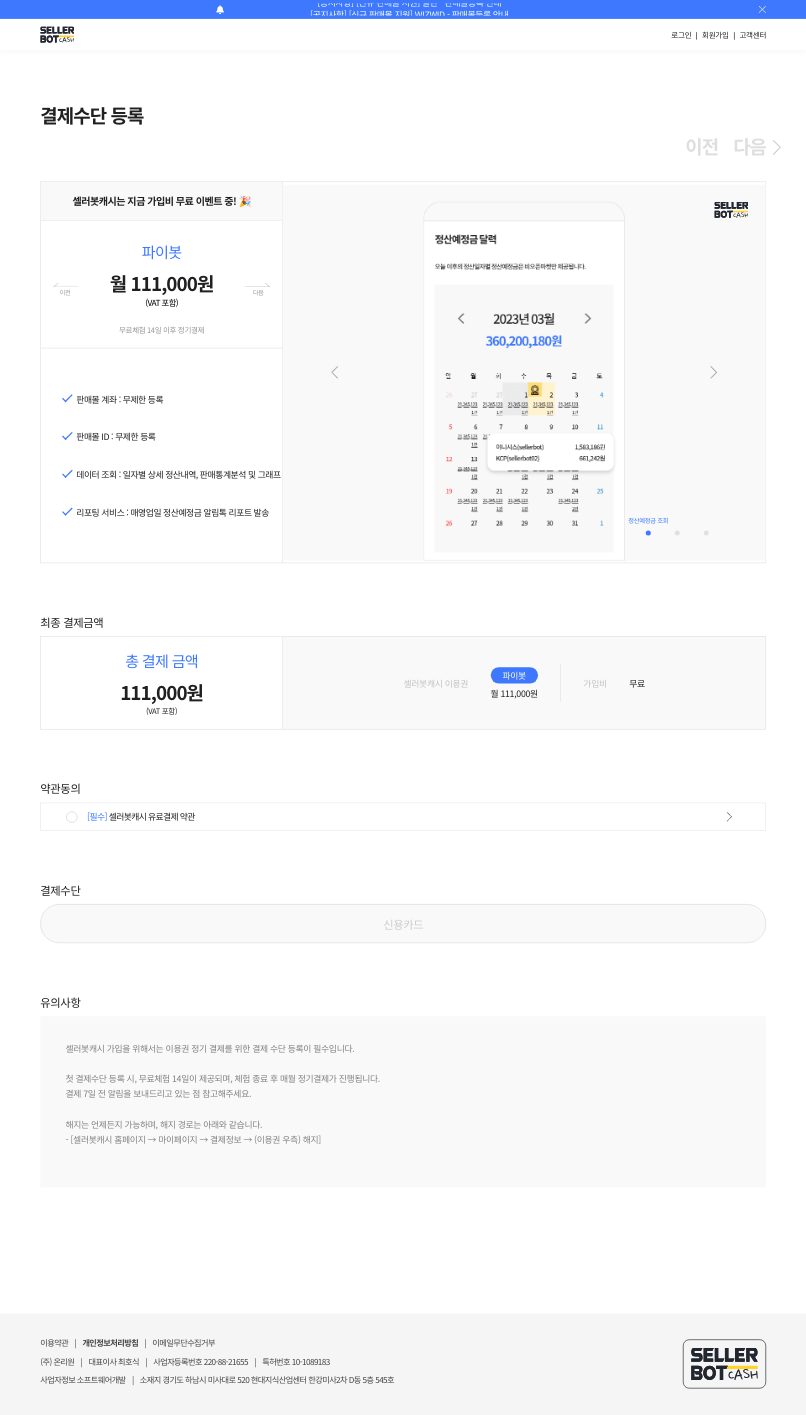
Repository: elemapfelr/ownServer
Page: test-server/web/sellerbot_signup/regPay_01.html
These files come from the project's save history. The page is drawn as it stood at one moment and after the next save; the edit follows.
The browser window is 1280 px wide. The pictures show the whole page, at 63% of full size.
Some web libraries are served in a nearby version. The style sheet was rebuilt from its Sass, Less or Tailwind sources for each picture, by a compiler version that may differ from the author's.

Above is the page before, as saved 2023-03-21 10:22:01.

### test-server/web/sellerbot_signup/regPay_01.html
<!DOCTYPE html>
<html lang="ko">

<head>
	<meta charset="UTF-8">
	<meta http-equiv="X-UA-Compatible" content="IE=edge">
	<meta name="viewport" content="width=device-width, initial-scale=1.0">
	<title>셀러봇캐시 회원가입</title>
	<link rel="stylesheet" href="./css/step_06.css">
	<script type="module" src="./js/common.js" defer></script>
	<script type="module" src="./js/step_06.js" defer></script>
	<script src="https://kit.fontawesome.com/133e10f389.js" crossorigin="anonymous"></script>
</head>

<body>
	<header>
		<div class="top">
			<div class="notification">
				<div class="text">
					<i class="fa-solid fa-bell"></i>
					<div class="notiWrap">
						<ul>
							<li>[공지사항] [신규 판매몰 지원] 발란 - 판매몰등록 안내</li>
							<li>[공지사항] [신규 판매몰 지원] WIZWID - 판매몰등록 안내</li>
							<li>[공지사항] [신규 판매몰 지원] 29CM - 판매몰등록 안내</li>
						</ul>
					</div>
				</div>
				<button id="closeHeaderNoti"><img src="./img/xmark.svg" alt="xmark"></button>
			</div>
		</div>
		<div class="bottom">
			<div class="logo"><img src="./img/sellerbotLogo.svg" alt="sellerbot"></div>
			<div class="right">
				<button>로그인</button>
				<span></span>
				<button>회원가입</button>
				<span></span>
				<button>고객센터</button>
			</div>
		</div>
	</header>
	<main>
		<section>
			<button class="fixed2" id="prevStep">
				<span>이전</span>
			</button>
			<button class="fixed _70" id="nextStep">
				<span>다음</span>
				<img src="./img/rightArrow.svg" />
			</button>
			<article id="top">
				<div class="title">
					<h1>결제수단 등록</h1>
				</div>
			</article>
			<article id="payInfo">
				<div class="flexBox">
					<div class="left">
						<div class="top">
							<h5>셀러봇캐시는 지금 가입비 무료 이벤트 중! 🎉</h5>
						</div>
						<!-- 20230320 수정 -->
						<div class="ticket_gallery">
							<div class="btns">
								<div id="prevTicket" class="leftArrow">
									<img src="./img/step_05_rightArrow.svg" alt="left">
									<p id="prevTicketName">이전</p>
								</div>
								<div id="nextTicket" class="rightArrow">
									<img src="./img/step_05_rightArrow.svg" alt="right">
									<p id="nextTicketName">다음</p>
								</div>
							</div>
							<ul>
								<li class="items">
									<div class="center">
										<h5>파이봇</h5>
										<div class="flex">
											<div class="mid">
												<h4>월 111,000원</h4>
												<small>(VAT 포함)</small>
											</div>
										</div>
										<span>무료체험 14일 이후 정기결제</span>
									</div>
									<div class="bottom">
										<div class="row">
											<span class="check"></span>
											<p>판매몰 계좌 : 무제한 등록
											</p>
										</div>
										<div class="row">
											<span class="check"></span>
											<p>판매몰 ID : 무제한 등록
											</p>
										</div>
										<div class="row">
											<span class="check"></span>
											<p>데이터 조회 : 일자별 상세 정산내역, 판매통계분석 및 그래프</p>
										</div>
										<div class="row">
											<span class="check"></span>
											<p>리포팅 서비스 : 매영업일 정산예정금 알림톡 리포트 발송</p>
										</div>
									</div>
								</li>
								<li class="items">
									<div class="center">
										<h5>파이봇 할인형</h5>
										<div class="flex">
											<div class="mid">
												<h4>월 55,000원</h4>
												<small>(VAT 포함)</small>
											</div>
										</div>
										<span>무료체험 14일 이후 정기결제</span>
									</div>
									<div class="bottom">
										<div class="row">
											<span class="check"></span>
											<p>판매몰 계좌 : 무제한 등록
											</p>
										</div>
										<div class="row">
											<span class="check"></span>
											<p>판매몰 ID : 무제한 등록
											</p>
										</div>
										<div class="row">
											<span class="check"></span>
											<p>데이터 조회 : 일자별 상세 정산내역, 판매통계분석 및 그래프</p>
										</div>
										<div class="row">
											<span class="check"></span>
											<p>리포팅 서비스 : 매영업일 정산예정금 알림톡 리포트 발송</p>
										</div>
									</div>
								</li>
								<li class="items">
									<div class="center">
										<h5>로니봇</h5>
										<div class="flex">
											<div class="mid">
												<h4>월 55,000원</h4>
												<small>(VAT 포함)</small>
											</div>
										</div>
										<span>무료체험 14일 이후 정기결제</span>
									</div>
									<div class="bottom">
										<div class="row">
											<span class="check"></span>
											<p>판매몰 계좌 : 5개 등록
											</p>
										</div>
										<div class="row">
											<span class="check"></span>
											<p>판매몰 ID : 5개 등록
											</p>
										</div>
										<div class="row">
											<span class="check"></span>
											<p>데이터 조회 : 일자별 상세 정산내역, 판매통계분석 및 그래프</p>
										</div>
										<div class="row">
											<span class="check"></span>
											<p>리포팅 서비스 : 매영업일 정산예정금 알림톡 리포트 발송</p>
										</div>
									</div>
								</li>
							</ul>
						</div>
					</div>
					<div class="right">
						<img class="logo" src="./img/sellerbotLogo.svg" alt="sellerbot">
						<div class="gallery">
							<ul>
								<li>
									<img src="./img/step_06_img_01.png" alt="01">
								</li>
								<li>
									<img src="./img/step_06_img_02.png" alt="02">
								</li>
								<li>
									<img src="./img/step_06_img_03.png" alt="03">
								</li>
							</ul>
						</div>
						<div class="arrowBtns">
							<div id="galleryLeft"><img src="./img/rightArrow.svg" alt="leftArrow"></div>
							<div id="galleryRight"><img src="./img/rightArrow.svg" alt="rightArrow"></div>
						</div>
						<ul class="bottomUl">
							<li class="active" data-text="정산예정금 조회"></li>
							<li data-text="판매 분석"></li>
							<li data-text="리포팅 서비스"></li>
						</ul>
					</div>
				</div>
			</article>
			<!-- 20230320 수정 -->
			<article id="totalPay">
				<h2>최종 결제금액</h2>
				<div class="flexBox">
					<div class="left">
						<h5>총 결제 금액</h5>
						<h4 id="totalPrice">111,000원</h4>
						<small>(VAT 포함)</small>
					</div>
					<div class="right">
						<div class="content">
							<p class="gray">셀러봇캐시 이용권</p>
							<div class="box">
								<div class="blue" id="ticketName">파이봇</div>
								<p id="ticketPrice">월 111,000원</p>
							</div>
							<span class="line"></span>
							<p class="gray">가입비</p>
							<p>무료</p>
						</div>
					</div>
				</div>
			</article>
			<article id="terms">
				<h2>약관동의</h2>
				<div class="accordion">
					<div class="title">
						<div class="left">
							<div class="checkBoxDiv">
								<input type="checkbox" id="terms_01" class="chkBox">
								<label class="checkBox" for="terms_01"></label>
								<label class="text" for="terms_01" style="color:black;"></label>
							</div>
							<p class="text_checkBox"><b>[필수]</b> 셀러봇캐시 유료결제 약관</p>
						</div>
						<span><img src="./img/right-chevron.png" alt="right-chevron"></span>
					</div>
					<div class="panel">
						<div class="paddingBox">
							<pre id="termContent"></pre>
						</div>
					</div>
				</div>
			</article>
			<article id="payment">
				<h2>결제수단</h2>
				<button id="creditCard">신용카드</button>
			</article>
			<article id="caution">
				<h2>유의사항</h2>
				<div class="grayBox">
					<pre>셀러봇캐시 가입을 위해서는 이용권 정기 결제를 위한 결제 수단 등록이 필수입니다.

첫 결제수단 등록 시, 무료체험 14일이 제공되며, 체험 종료 후 매월 정기결제가 진행됩니다.
결제 7일 전 알림을 보내드리고 있는 점 참고해주세요.

해지는 언제든지 가능하며, 해지 경로는 아래와 같습니다.
- [셀러봇캐시 홈페이지 → 마이페이지 → 결제정보 → (이용권 우측) 해지]
                    </pre>
				</div>
			</article>
		</section>
	</main>
	<footer>
		<div class="footerWrap">
			<div class="left">
				<div class="row">
					<p class="footerTerms" id="footer_term_1">이용약관</p>
					<span>|</span>
					<p class="footerTerms" id="footer_term_2"><b>개인정보처리방침</b></p>
					<span>|</span>
					<p class="footerTerms" id="footer_term_3">이메일무단수집거부</p>
				</div>
				<div class="row flexWrap">
					<p>(주) 온리원</p>
					<span>|</span>
					<p>대표이사 최호식</p>
					<span>|</span>
					<p>사업자등록번호 220-88-21655</p>
					<span>|</span>
					<p>특허번호 10-1089183</p>
				</div>
				<div class="row flexWrap">
					<p>사업자정보 소프트웨어개발</p>
					<span>|</span>
					<p>소재지 경기도 하남시 미사대로 520 현대지식산업센터 한강미사2차 D동 5층 545호</p>
				</div>
			</div>
			<div class="right">
				<img src="./img/sellerbotLogo.svg" alt="sellerbot">
			</div>
		</div>
	</footer>
	<div class="bottomSticky">
		<div class="title">
			<div class="left">
				<div class="checkBoxDiv">
					<input type="checkbox" id="terms_01_1" class="chkBox">
					<label class="checkBox" for="terms_01_1"></label>
					<label class="text" for="terms_01_1" style="color:black;"></label>
				</div>
				<p class="text_checkBox"><b>[필수]</b> 셀러봇캐시 유료결제 약관</p>
			</div>
			<span>자세히보기</span>
		</div>
	</div>
</body>

</html>

### test-server/web/sellerbot_signup/css/scss/_common.scss
@charset "utf-8";
@import url('https://fonts.googleapis.com/css2?family=Noto+Sans+KR:wght@100;300;400;500;700;900&display=swap');

$blue: #3d78ff;

* {
	margin: 0;
	padding: 0;
	font-family: 'Noto Sans KR', sans-serif;
}

html {
	font-size: 16px;
	letter-spacing: -0.98px;
}

html,
body {
	width: 100%;
	height: auto;
}

ol,
ul,
li {
	list-style: none;
}

a {
	text-decoration: none;
	color: #000;
}

img {
	border: 0;
	display: block;
}

header,
main,
footer,
nav,
section,
article,
aside {
	display: block;
}


header {
	width: 100%;
	height: 80px;
	box-shadow: 0 3px 6px 0 rgba(190, 190, 190, 0.16);
	background-color: #fff;
	position: fixed;
	top: 0;
	z-index: 10;

	.top {
		width: 100%;
		height: auto;
		background-color: #3d78ff;
		padding: 5px 0 5px 0;

		// 20230317 수정 여기부터
		.notification {
			width: 90%;
			max-width: 1200px;
			margin: 0 auto;
			display: flex;
			align-items: center;
			justify-content: center;

			.text {
				width: 100%;
				display: flex;
				justify-content: center;
				align-items: center;

				i {
					color: white;
					font-size: 14px;
				}

				.notiWrap {
					width: 50%;
					position: relative;
					height: 20px;
					overflow: hidden;

					ul {
						width: 100%;
						height: auto;
						transition: all .3s;
						position: absolute;
						top: 0;
						left: 0;
					}

					li {
						width: 100%;
						font-size: 14px;
						letter-spacing: -0.53px;
						color: #fff;
						text-align: center;
						margin: 0 10px;
						white-space: nowrap;
						text-overflow: ellipsis;
						overflow: hidden;
					}
				}
			}
			// 20230317 수정 여기까지

			button {
				float: right;
				border: none;
				background: none;
				outline: none;
				filter: invert(100%);
				cursor: pointer;
			}
		}
	}

	.bottom {
		width: 90%;
		max-width: 1200px;
		margin: 0 auto;
		height: 50px;
		display: flex;
		align-items: center;
		justify-content: space-between;

		.right {
			display: flex;
			align-items: center;

			button {
				font-size: 12px;
				letter-spacing: -0.46px;
				color: #202020;
				border: none;
				background: none;
				outline: none;
				cursor: pointer;
			}

			span {
				width: 1px;
				height: 12px;
				background-color: #202020;
				margin: 0 8px;
				margin-top: 4px;
				display: block;
			}
		}
	}

	&.notiClose{
		height: 50px;

		.top{
			display: none;
		}
	}
}

main {
	width: 100%;
	height: auto;

	.fixed2 {
		background: none;
		border: none;
		outline: none;
		position: fixed;
		top: 210px;
		right: calc(5% + 100px);
		display: inline-flex;
		align-items: center;
		cursor: pointer;
		z-index: 1000;

		span {
			font-size: 30px;
			font-weight: bold;
			font-stretch: normal;
			font-style: normal;
			letter-spacing: -1.5px;
			text-align: right;
			color: #dedede;
			margin-bottom: 4px;
		}
	}

	.fixed {
		background: none;
		border: none;
		outline: none;
		position: fixed;
		top: 210px;
		right: 5%;
		display: inline-flex;
		align-items: center;
		z-index: 1000;
		cursor: pointer;

		span {
			font-size: 30px;
			font-weight: bold;
			font-stretch: normal;
			font-style: normal;
			letter-spacing: -1.5px;
			text-align: right;
			color: #dedede;
			margin-bottom: 4px;
		}

		img {
			filter: grayscale(100%) brightness(180%);
		}

		&.active {

			span {
				color: #3d78ff;
			}

			img {
				filter: none;
			}
		}
	}

	section {
		// margin-top: 80px;
		padding-top: 160px;

		article {
			width: 90%;
			max-width: 1200px;
			margin: 0 auto;

			input::placeholder {
				font-size: 12px;
				letter-spacing: -0.84px;
				color: #bbb;
			}
		}
	}
}

article#top {
	.title {
		display: flex;
		align-items: center;

		h1 {
			font-size: 30px;
			font-weight: bold;
			letter-spacing: -1.5px;
			color: #202020;
			margin-bottom: 4px;
		}

		span {
			font-size: 12px;
			font-weight: 500;
			letter-spacing: -0.6px;
			text-align: center;
			color: #3d78ff;
			padding: 4px 18px 5px 18px;
			border: 1px solid #3d78ff;
			border-radius: 20px;
			margin-left: 4px;
			cursor: pointer;
		}
	}

	.processBar {
		margin-top: 80px;
		display: flex;
		align-items: center;
		justify-content: space-between;

		.step {
			width: 33.3333%;

			span {
				width: 100%;
				display: block;
				height: 2px;
				background-color: #dedede;
			}

			p {
				margin-top: 10px;
				text-align: center;
				font-size: 14px;
				font-weight: 500;
				letter-spacing: -0.5px;
				color: #dedede;
			}

			&.active {
				span {
					background-color: $blue;
				}

				p {
					color: #505050;
				}
			}
		}
	}
}

// 20230317 추가 여기부터
footer{
	width: 100%;
	height: auto;
	padding: 37px 0;
	background-color: #f5f5f5;

	.footerWrap{
		width: 90%;
		max-width: 1200px;
		margin: 0 auto;
		display: flex;
		align-items: center;
		justify-content: space-between;

		.left{
			.row{
				margin-bottom: 10px;
				display: flex;
				align-items: center;

				.footerTerms{
					cursor: pointer;
				}

				p, span{
					font-size: 13px;
					font-weight: 500;
					letter-spacing: -0.91px;
					color: #474246;
				}
				span{
					margin: 0 10px;
				}
			}
		}

		.right{
			display: flex;
			align-items: center;
			justify-content: flex-end;

			img{
				width: 106px;
				height: auto;
				padding: 12px;
				border: 1px solid #202020;
				border-radius: 10px;
			}
		}
	}
}
// 20230317 추가 여기까지

.checkBoxDiv {
	transform-origin: left;
	display: inline-flex;
	align-items: center;
	cursor: pointer;

	label.checkBox {
		width: 16px;
		height: 16px;
		border: 1px solid darken(#e8e8e8, 10%);
		border-radius: 13px;
		position: relative;
		transition: cubic-bezier(0.075, 0.82, 0.165, 1) .2s;
		cursor: pointer;
		display: block;
	}

	input.chkBox {
		display: none;

		&:checked+label.checkBox {
			background-color: $blue;
			border: 1px solid $blue;

			&::before {
				content: '';
				position: absolute;
				top: 0px;
				left: 3px;
				width: 9px;
				height: 12px;
				box-shadow: inset 2px 2px white;
				transform: rotate(-135deg);
			}
		}
	}

	label.text {
		margin-left: .2rem;
		font-size: .9rem;
		cursor: pointer;
	}

	&.square {
		label.checkBox {
			width: 15px;
			height: 15px;
			border: 1px solid darken(#e8e8e8, 10%);
			background-color: #fff;
			border-radius: 1px;
			position: relative;
			transition: cubic-bezier(0.075, 0.82, 0.165, 1) .2s;
			cursor: pointer;
			display: block;
		}

		input.chkBox {
			display: none;

			&:checked+label.checkBox {
				background-color: $blue;
				border: 1px solid $blue;

				&::before {
					content: '';
					position: absolute;
					top: -1px;
					left: 2.5px;
					width: 9px;
					height: 12px;
					box-shadow: inset 2px 2px white;
					transform: rotate(-135deg);
				}
			}
		}
	}
}


@media only screen and (max-width: 1400px) {
	main {
		.fixed2 {
			right: 140px;
		}

		.fixed {
			right: 40px;
		}
	}
}

@media only screen and (max-width: 1200px) {

	article#top {
		.title {

			h1 {
				font-size: 26px;
				letter-spacing: -1.3px;
			}
		}

		.processBar {
			margin-top: 60px;

			.step {
				p {
					font-size: 12px;
				}
			}
		}
	}
}

@media only screen and (max-width: 900px) {
	// 20230317 수정 여기부터
	header {
		.top {
			.notification {
				.text {
					i {
						font-size: 14px;
					}
					.notiWrap {
						width: 90%;

						li {
							font-size: 12px;
							line-height: 20px;
						}
					}
				}
			}
		}
	}
	// 20230317 수정 여기까지

	main {
		.fixed2 {
			top: auto;
			left: 0;
			right: auto;
			bottom: 0;
			width: 30%;
			justify-content: center;
			background-color: #f0f0f0;
			z-index: 10;
			padding: 12px 0;

			span {
				display: block;
				text-align: center;
				font-size: 22px;
				color: #cecece;
			}
		}

		.fixed {
			top: auto;
			right: 0;
			bottom: 0;
			width: 100%;
			justify-content: center;
			background-color: #e8e8e8;
			z-index: 10;
			padding: 12px 0;

			&._70 {
				width: 70%;
			}

			span {
				display: block;
				text-align: center;
				font-size: 22px;
				color: #cecece;
			}

			img {
				display: none;
			}

			&.active {
				background-color: #3d78ff;

				span {
					color: white;
				}
			}
		}
	}

	// 20230317 수정 여기부터
	footer{
		padding: 30px 0;
		padding-bottom: 90px;

		.footerWrap{
			width: 100%;
			max-width: 1200px;
			margin: 0 auto;
			display: flex;
			align-items: center;
			justify-content: center;

			.left{
				.row{
					justify-content: space-around;
					margin-bottom: 0;

					p.footerTerms{
						margin-bottom: 10px;
					}

					&.flexWrap{
						flex-wrap: wrap;
						justify-content: center;
						p{
							margin: 0 20px;
							text-align: center;
							margin-bottom: 10px;
						}
					}

					span{
						display: none;
					}
				}
			}

			.right{
				display: none;
			}
		}
	}
	// 20230317 수정 여기까지
}

### test-server/web/sellerbot_signup/css/scss/_modal.scss
.modal {
	position: fixed;
	top: 0;
	left: 0;
	width: 100%;
	height: 100%;
	background-color: transparentize(#202020, .4);
	align-items: center;
	justify-content: center;
	z-index: 10000001;
	overflow: hidden;
	display: flex;
	padding: 0 30px;
	box-sizing: border-box;

	.layerPopup {
		width: fit-content;
		height: auto;
		margin: 0 auto;
		box-sizing: border-box;
		overflow: hidden;
		position: relative;

		.popupHead {
			width: 100%;
			height: 40px;
			display: flex;
			justify-content: right;
			align-items: flex-start;

			button {
				cursor: pointer;
				border: none;
				background: none;

				span {
					font-size: 16px;
					font-weight: 300;
					letter-spacing: -1.12px;
					text-align: left;
					color: #fff;
				}
			}
		}

		.popupBody {
			width: 100%;
			height: auto;
			background-color: white;
			max-height: 70vh;
			overflow-y: auto;
			overflow-x: hidden;

			&::-webkit-scrollbar {
                width: 12px;
                height: 12px;
            }

            &::-webkit-scrollbar-track {
                background-color: #fff;
                border: 1px solid #e2e2e2;
            }

            &::-webkit-scrollbar-thumb {
                background-color: #f2f2f2;
                border: 1px solid #e2e2e2;
            }

			h1{
				font-size: 24px;
				font-weight: bold;
				letter-spacing: -1.92px;
				text-align: center;
				color: #202020;
			}
		}

		.btnBox {
			width: 100%;
			height: auto;
			margin: 0 auto;
			display: flex;
			align-items: center;

			button {
				width: 100%;
				outline: none;
				padding: 15px 0;
				cursor: pointer;
				border: none;
				font-size: 16px;
				font-weight: 500;
				letter-spacing: -1.12px;
				text-align: center;
				color: #2e1e00;
				// background-color: ;
			}
		}
	}
}

Loaded but not shown: test-server/web/sellerbot_signup/js/step_06.js (149 lines, source omitted); test-server/web/sellerbot_signup/js/common.js (18 lines, source omitted); test-server/web/sellerbot_signup/css/scss/step_06.scss (687 lines, source omitted)

After the next save:
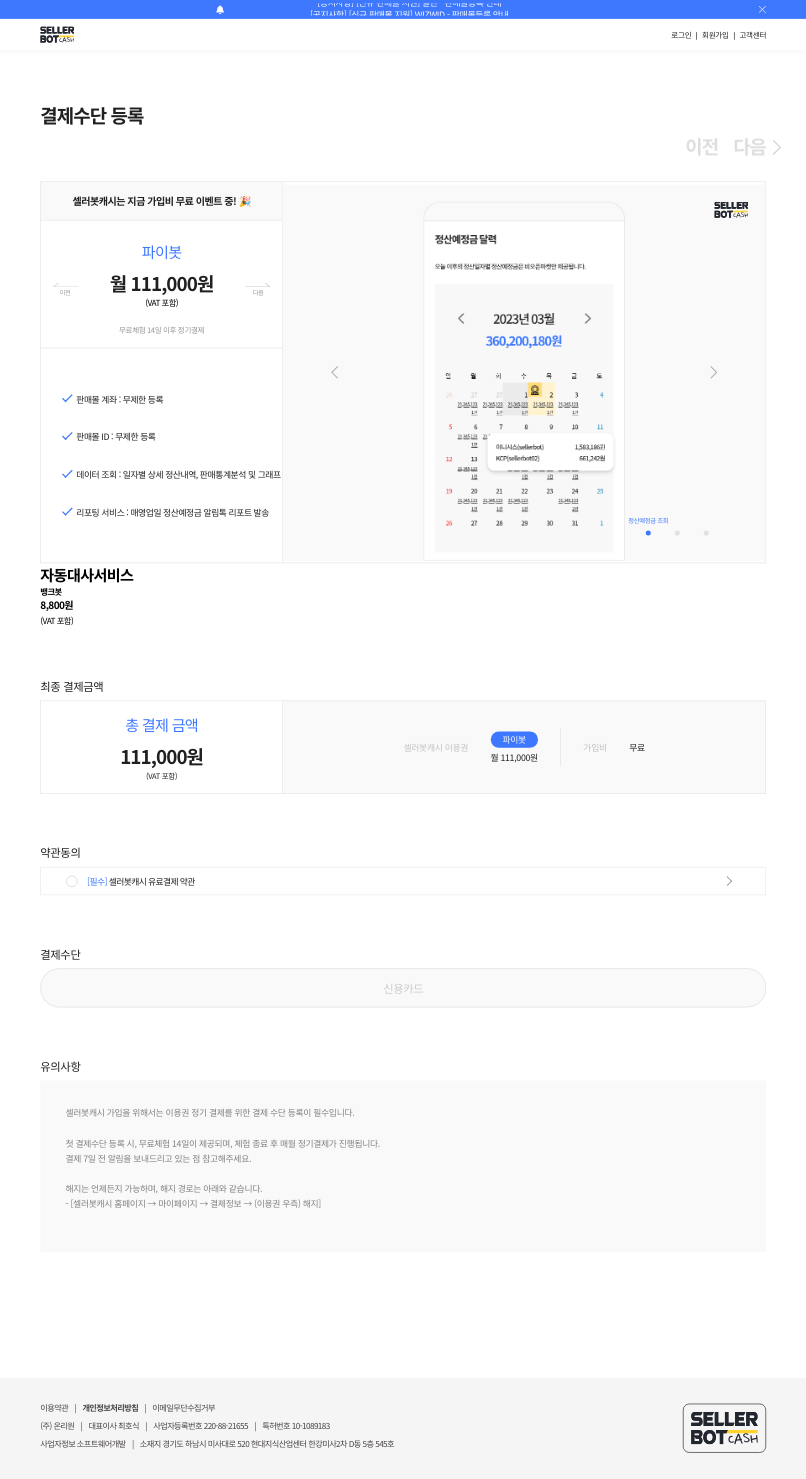
Saved 77 s later.
--- a/test-server/web/sellerbot_signup/regPay_01.html
+++ b/test-server/web/sellerbot_signup/regPay_01.html
@@ -200,6 +200,21 @@
 				</div>
 			</article>
 			<!-- 20230320 수정 -->
+			<article id="bankBot">
+				<h2>자동대사서비스</h2>
+				<div class="flexBox">
+					<div class="left">
+						<h5>뱅크봇</h5>
+						<h4 id="totalPrice">8,800원</h4>
+						<small>(VAT 포함)</small>
+					</div>
+					<div class="right">
+						<div class="content">
+
+						</div>
+					</div>
+				</div>
+			</article>
 			<article id="totalPay">
 				<h2>최종 결제금액</h2>
 				<div class="flexBox">
